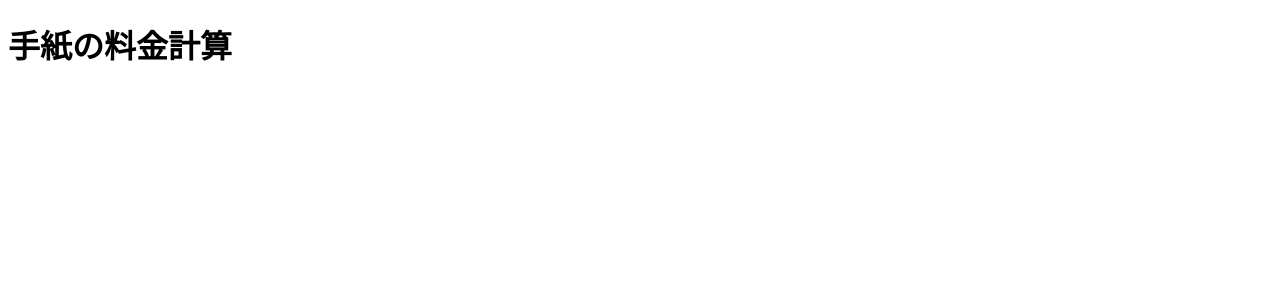
Repository: aiueo20/18ca0155
Page: SSP/kadai0601/WebContent/login.html
The author's editor kept a copy of each file at every save. The page is drawn from the files as they stood at one save, then again after the next save.
The browser window is 1280 px wide. The pictures show the whole page.

Above is the page before, as saved 2019-01-15 02:45:38.

After the next save:
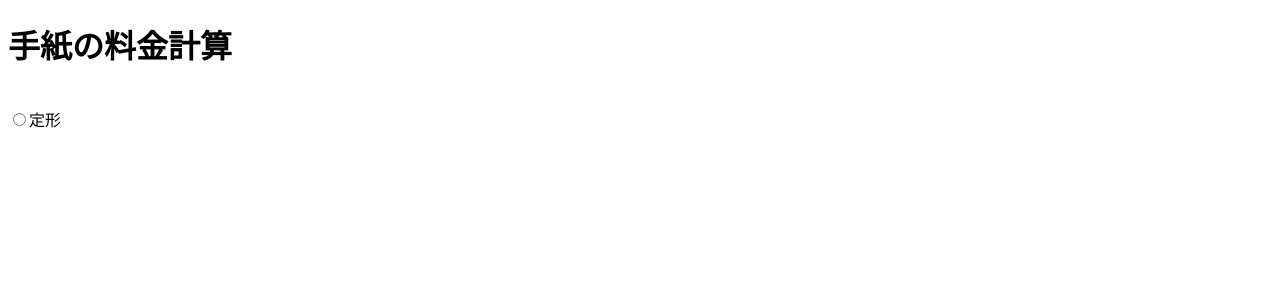
Saved 2 min 10 s later.
--- a/SSP/kadai0601/WebContent/login.html
+++ b/SSP/kadai0601/WebContent/login.html
@@ -7,6 +7,7 @@
 <body>
 
 <h1>手紙の料金計算</h1><br>
+<input type="radio" name="teikei" value="定形">定形
 
 
 </body>
